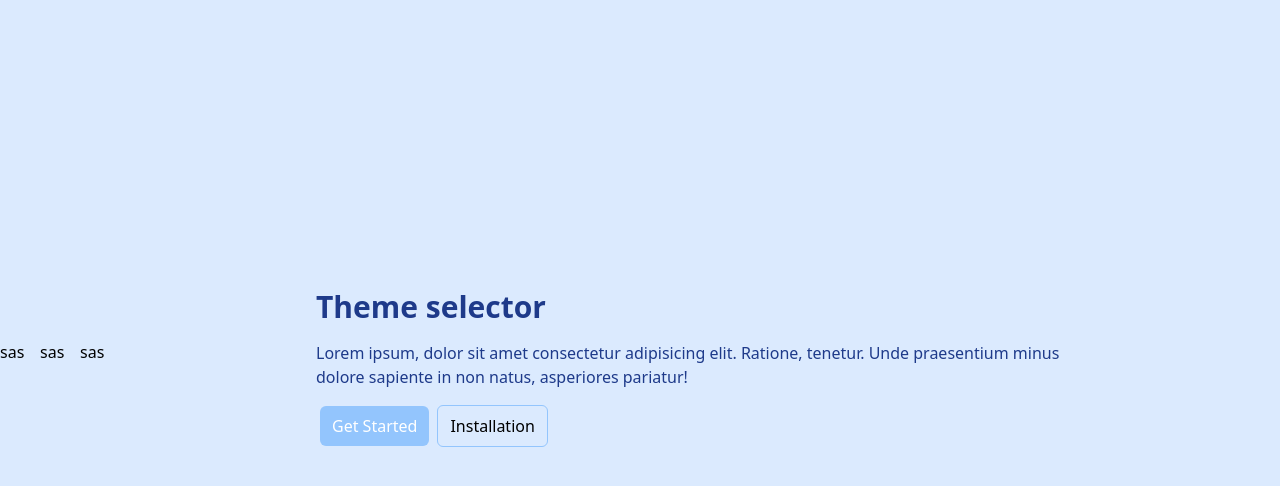
Repository: prince-bansal/tailwind-theme-switcher
Page: /
The author's editor kept a copy of each file at every save. The page is drawn from the files as they stood at one save, then again after the next save.
The browser window is 1280 px wide. The pictures show the whole page.
The project was rebuilt for these pictures with package versions that can differ from the ones it lists, and the page was loaded fresh each time. Also part of the build but not shown: vite.config.ts, src/index.css.

Above is the page before, as saved 2024-03-17 19:31:34.

After the next save:
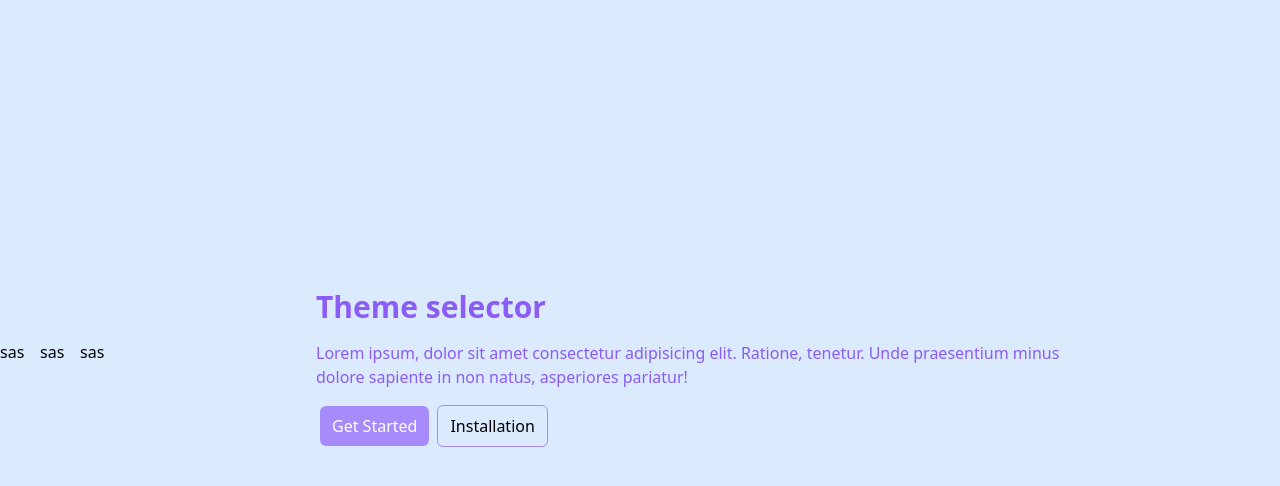
Saved 32 s later.
--- a/src/App.tsx
+++ b/src/App.tsx
@@ -3,7 +3,7 @@ import './App.css'
 function App() {
 
   return (
-    <div className="theme-blue bg-fill min-h-screen flex items-center justify-center">
+    <div className=" bg-fill min-h-screen flex items-center justify-center">
       {["red", "blue", "green"].map((color) => (
         <div className={`h-10 w-10 bg-${color}-500`}>sas</div>
       ))}
